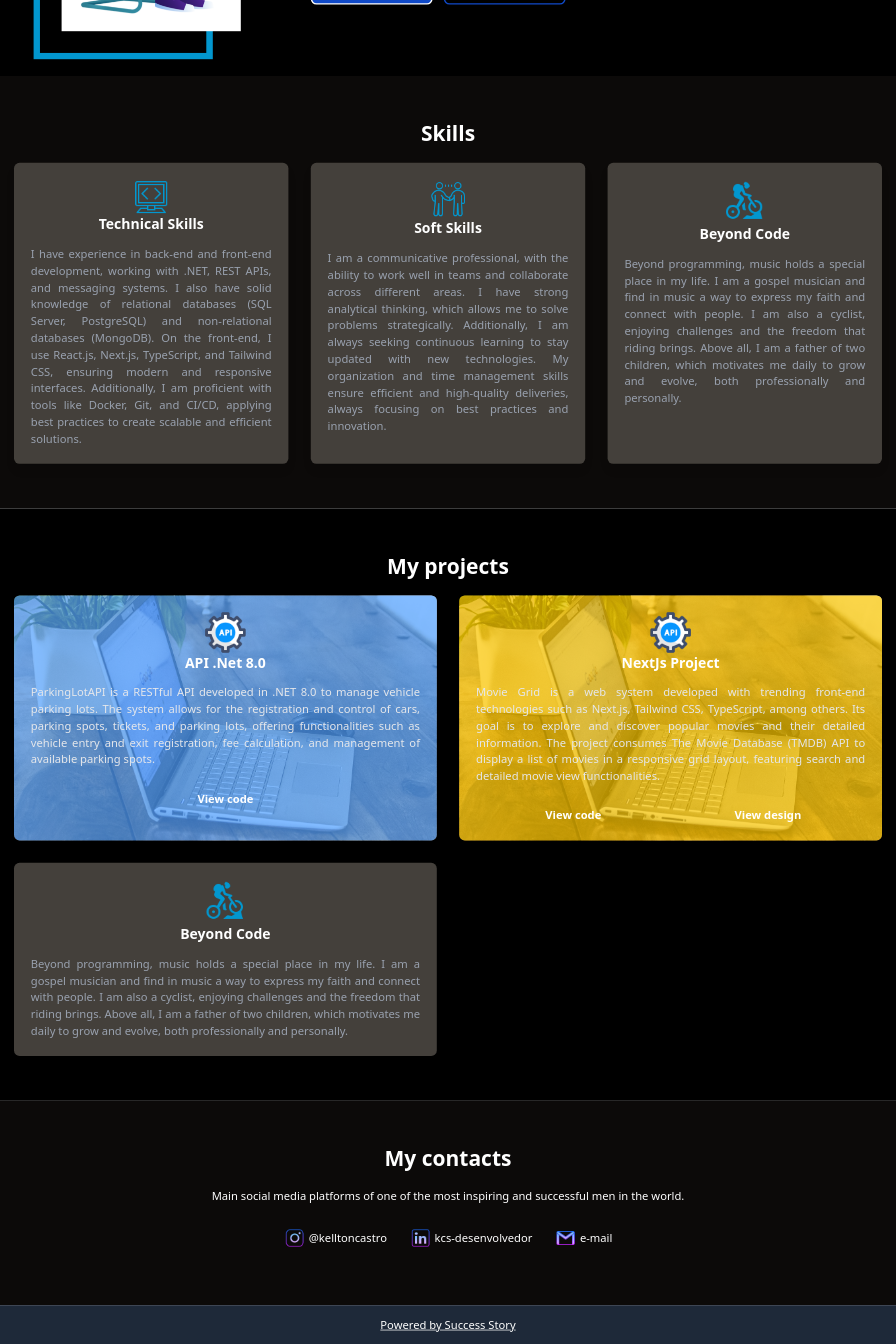
Repository: kcsdesenvolvedor/portfolio
Page: src/index.html
The author's editor kept a copy of each file at every save. The page is drawn from the files as they stood at one save, then again after the next save.
The browser window is 1280 px wide. The pictures show the part of the page from y = 862 to 2782 px (the page is 2782 px tall), at 70% of full size.

Above is the page before, as saved 2025-03-08 18:29:57.
Console error: TypeError: Cannot read properties of null (reading 'textContent')

After the next save:
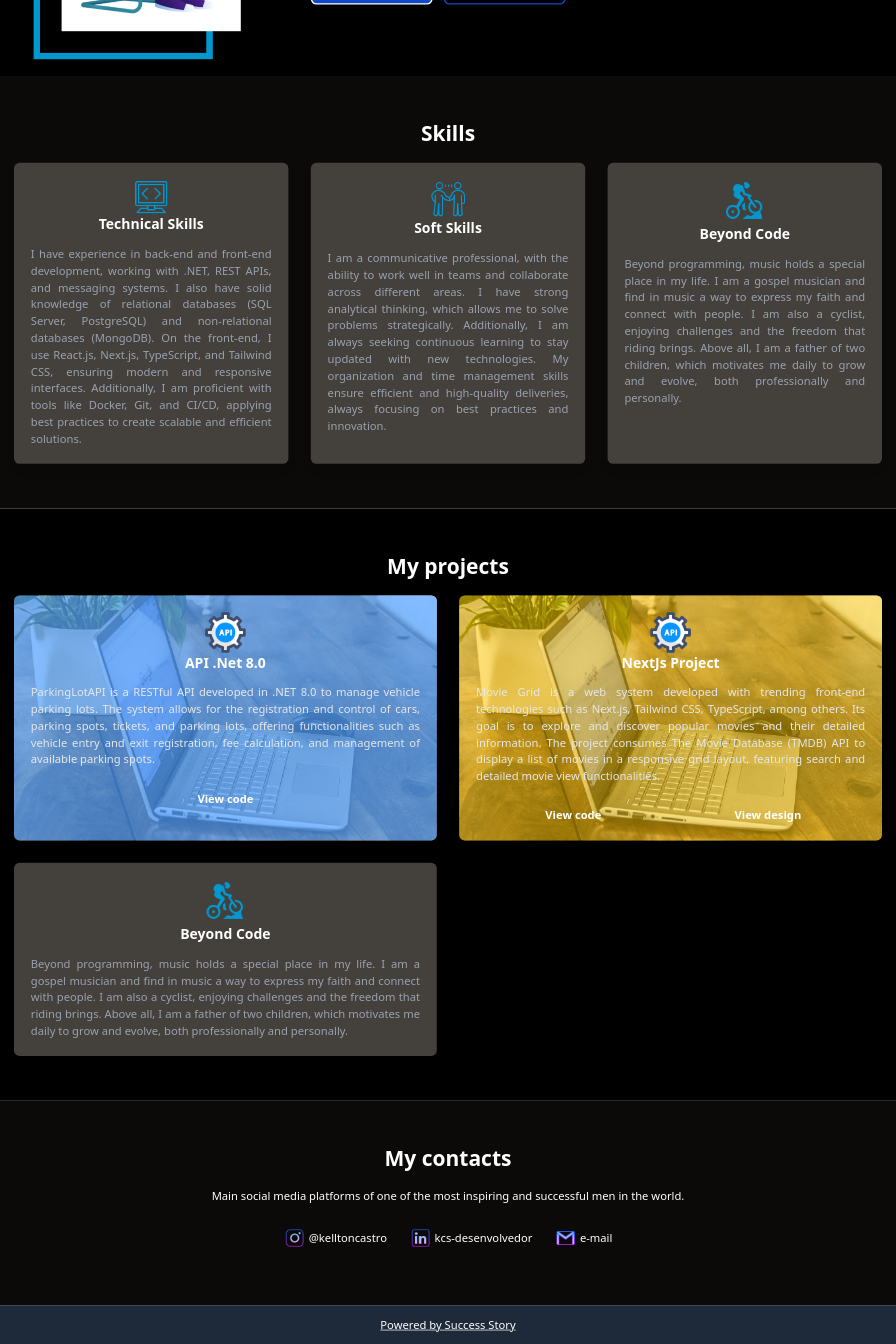
Saved 11 s later.
--- a/src/index.html
+++ b/src/index.html
@@ -218,7 +218,7 @@
                 </div>
                 <div class="relative bg-stone-700 p-6 rounded-lg shadow-lg
                 bg-[url('./img/homeoffice.jpg')] bg-cover bg-center bg-opacity-20">
-                    <div class="absolute inset-0 bg-yellow-400/70 rounded-lg"></div>
+                    <div class="absolute inset-0 bg-yellow-400/50 rounded-lg"></div>
                     <div class="relative z-10 flex flex-col items-center">
                         <img src="./img/api.png" alt="image api">
                         <h4 class="text-xl text-white font-bold mb-4">NextJs Project</h4>
